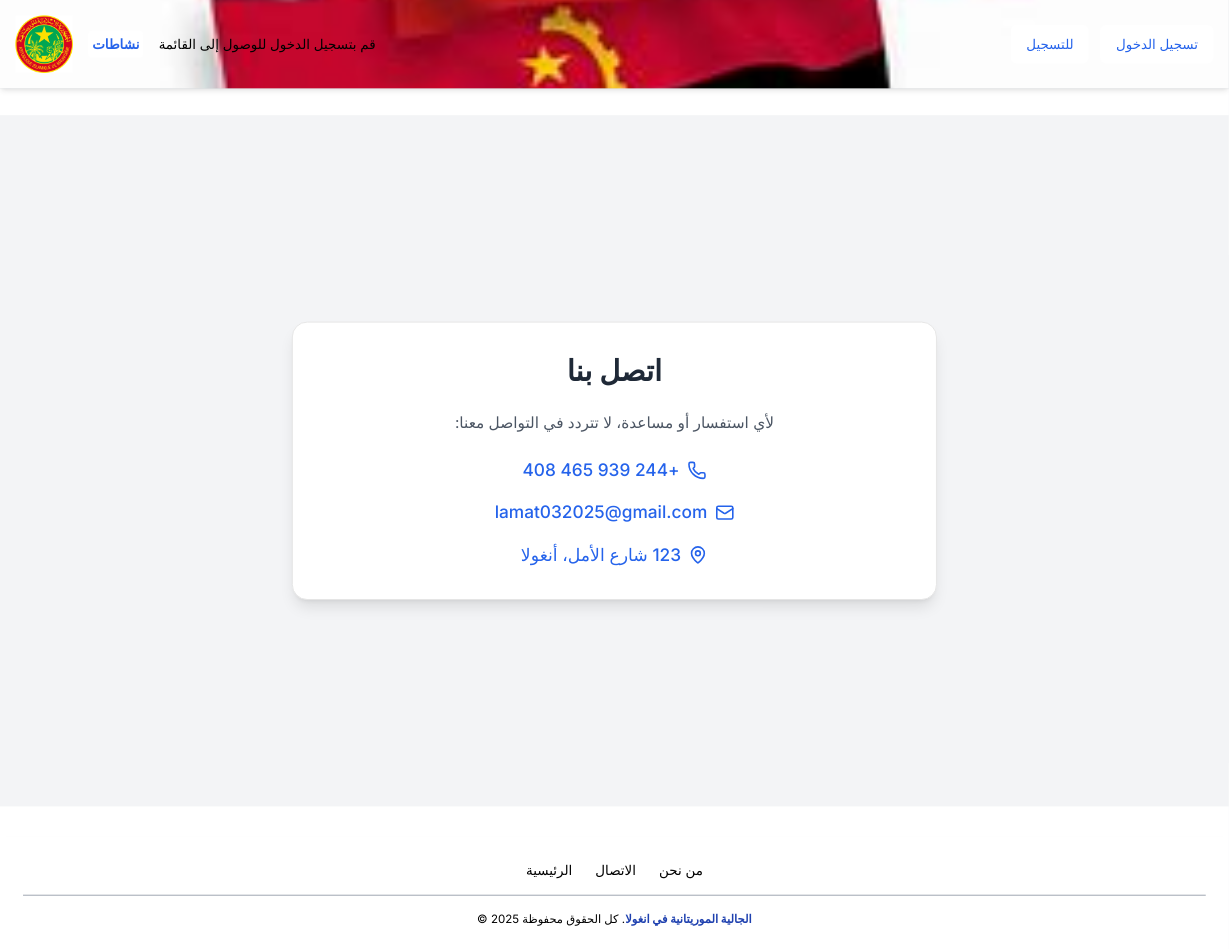
Repository: lamatmed/cmra
Page: /contact
The author's editor kept a copy of each file at every save. The page is drawn from the files as they stood at one save, then again after the next save.
The browser window is 1280 px wide. The pictures show the whole page, at 96% of full size.
The project was rebuilt for these pictures with package versions that can differ from the ones it lists, and the page was loaded fresh each time. The framework's server and built-in components were replaced by stand-ins that run in the browser. Also part of the build but not shown: next.config.js, components/ui/dropdown-menu.tsx.

Above is the page before, as saved 2025-04-13 20:36:02.

### app/layout.tsx
import "./globals.css";
import type { Metadata } from "next";
import { Inter } from "next/font/google";
import { AuthProvider } from "@/components/AuthContext";
import NavBar from "@/components/NavBar";
import { Toaster } from "@/components/ui/toaster";
import Footer from "@/components/Footer";

const inter = Inter({ subsets: ["latin"] });

export const metadata: Metadata = {
  title: "الجالية الموريتانية في انغولا",
  description: "Application",
  icons: "/logo.png",
};

export default function RootLayout({
  children,
}: {
  children: React.ReactNode;
}) {
  return (
    <html lang="fr" className={inter.className} suppressHydrationWarning>
      <body className="flex flex-col min-h-screen">
        <AuthProvider>
          <NavBar />
          <main className="flex-grow mt-7">{children}</main>
          <Footer />
        </AuthProvider>
        <Toaster /> {/* Placer Toaster en dehors d'AuthProvider pour éviter sa réinitialisation */}
      </body>
    </html>
  );
}

### app/contact/page.tsx
"use client";

import { motion } from "framer-motion";
import { Mail, MapPin, Phone } from "lucide-react";
import { Card, CardContent } from "@/components/ui/card";

const Contact = () => {
  return (
    <motion.div
      initial={{ opacity: 0, y: 20 }}
      animate={{ opacity: 1, y: 0 }}
      transition={{ duration: 0.6 }}
      className="flex justify-center items-center min-h-screen bg-gray-100 px-4"
      dir="rtl"
    >
      <Card className="w-full max-w-2xl shadow-lg rounded-2xl overflow-hidden">
        <CardContent className="p-8">
          <h1 className="text-3xl font-bold text-gray-800 mb-6 text-center">اتصل بنا</h1>
          <p className="text-gray-600 text-center mb-6">
            لأي استفسار أو مساعدة، لا تتردد في التواصل معنا:
          </p>

          <div className="space-y-4 text-center">
            <p className="flex items-center justify-center text-lg font-medium text-gray-800">
              <Phone className="w-5 h-5 text-blue-600 ml-2" />
              <span className="text-blue-600">+244 939 465 408</span>
            </p>
            <p className="flex items-center justify-center text-lg font-medium text-gray-800">
              <Mail className="w-5 h-5 text-blue-600 ml-2" />
              <span className="text-blue-600">lamat032025@gmail.com</span>
            </p>
            <p className="flex items-center justify-center text-lg font-medium text-gray-800">
              <MapPin className="w-5 h-5 text-blue-600 ml-2" />
              <span className="text-blue-600">123 شارع الأمل، أنغولا</span>
            </p>
          </div>
        </CardContent>
      </Card>
    </motion.div>
  );
};

export default Contact;

### components/AuthContext.tsx
"use client";

import { createContext, useState, useEffect, useCallback } from "react";

interface User {
  nni: string;
  id: string;
  name: string;
  role: string;
  photo: string| undefined;
  address: string| undefined;
  job:  string| undefined;
  domain : string| undefined;
  cv: string| undefined
}

interface AuthContextType {
  user: User | null;
  isAuthenticated: boolean;
  login: (token: string) => void;
  logout: () => void;
}

export const AuthContext = createContext<AuthContextType | null>(null);

export function AuthProvider({ children }: { children: React.ReactNode }) {
  const [user, setUser] = useState<User | null>(null);
  const [isAuthenticated, setIsAuthenticated] = useState(false);

  // ✅ `fetchUser` est maintenant stable grâce à `useCallback`
  const fetchUser = useCallback((token: string) => {
    console.log("🔍 Envoi du token pour récupération de l'utilisateur...");

    fetch("/api/me", {
      headers: { Authorization: `Bearer ${token}` },
    })
      .then((res) => res.json())
      .then((data) => {
        console.log("🔍 Réponse API:", data);
        if (data.user) {
          setUser(data.user);
          setIsAuthenticated(true);
        } else {
          throw new Error("Utilisateur non trouvé");
        }
      })
      .catch((error) => {
        console.log("❌ Erreur lors de la récupération de l'utilisateur:", error);
        logout(); // Un seul appel ici
      });
  }, []);


  useEffect(() => {
    const token = localStorage.getItem("token");
    if (token) {
      fetchUser(token); // ✅ Plus de warning
    }
  }, [fetchUser]); // ✅ fetchUser est maintenant stable

  function login(token: string) {
    console.log("✅ Connexion réussie, stockage du token...");
    localStorage.setItem("token", token);
    fetchUser(token);
  }

  function logout() {
    console.log("🚪 Déconnexion, suppression du token...");
    localStorage.removeItem("token");
    setUser(null);
    setIsAuthenticated(false);
  }

  return (
    <AuthContext.Provider value={{ user, isAuthenticated, login, logout }}>
      {children}
    </AuthContext.Provider>
  );
}

### components/ui/toaster.tsx
'use client';

import { useToast } from '@/hooks/use-toast';
import {
  Toast,
  ToastClose,
  ToastDescription,
  ToastProvider,
  ToastTitle,
  ToastViewport,
} from '@/components/ui/toast';

export function Toaster() {
  const { toasts } = useToast();

  return (
    <ToastProvider>
      {toasts.map(function ({ id, title, description, action, ...props }) {
        return (
          <Toast key={id} {...props}>
            <div className="grid gap-1">
              {title && <ToastTitle>{title}</ToastTitle>}
              {description && (
                <ToastDescription>{description}</ToastDescription>
              )}
            </div>
            {action}
            <ToastClose />
          </Toast>
        );
      })}
      <ToastViewport />
    </ToastProvider>
  );
}

### components/Footer.tsx
"use client";

import Link from "next/link";
import { motion } from "framer-motion";

const Footer = () => {
  return (
    <motion.footer
      initial={{ opacity: 0, y: 20 }}
      animate={{ opacity: 1, y: 0 }}
      transition={{ duration: 0.6 }}
      className="w-full py-6 bg-gradient-to-r from-gray-900 to-gray-700 text-white shadow-md mt-8"
      style={{
        backgroundImage: "url('/')", // Remplace par ton image
        backgroundSize: "cover",
        backgroundPosition: "center",
      }}
    >
      <div className="container mx-auto px-6 max-w-7xl text-center">
        {/* Liens rapides */}
        <nav className="mb-4 flex justify-center space-x-6 bg-white text-black">
          <Link href="/" className="text-sm hover:bg-blue-400 transition ">
            الرئيسية
          </Link>
          <Link
            href="/contact"
            className="text-sm hover:text-blue-900transition hover:bg-blue-400 "
          >
            الاتصال
          </Link>
          <Link
            href="/about"
            className="text-sm hover:bg-blue-400 transition"
          >
            من نحن
          </Link>
        </nav>

        {/* Copyright */}
        <div className="border-t border-gray-400 pt-4 text-center px-2 sm:px-4">
          <p className="text-[10px] sm:text-xs text-black whitespace-nowrap bg-white">
            © {new Date().getFullYear()}{" "}
            <span className="font-bold text-blue-800">الجالية الموريتانية في انغولا</span>
            . كل الحقوق محفوظة
          </p>
        </div>
      </div>
    </motion.footer>
  );
};

export default Footer;

### components/ui/card.tsx
import * as React from 'react';

import { cn } from '@/lib/utils';

const Card = React.forwardRef<
  HTMLDivElement,
  React.HTMLAttributes<HTMLDivElement>
>(({ className, ...props }, ref) => (
  <div
    ref={ref}
    className={cn(
      'rounded-lg border bg-card text-card-foreground shadow-sm',
      className
    )}
    {...props}
  />
));
Card.displayName = 'Card';

const CardHeader = React.forwardRef<
  HTMLDivElement,
  React.HTMLAttributes<HTMLDivElement>
>(({ className, ...props }, ref) => (
  <div
    ref={ref}
    className={cn('flex flex-col space-y-1.5 p-6', className)}
    {...props}
  />
));
CardHeader.displayName = 'CardHeader';

const CardTitle = React.forwardRef<
  HTMLParagraphElement,
  React.HTMLAttributes<HTMLHeadingElement>
>(({ className, ...props }, ref) => (
  <h3
    ref={ref}
    className={cn(
      'text-2xl font-semibold leading-none tracking-tight',
      className
    )}
    {...props}
  />
));
CardTitle.displayName = 'CardTitle';

const CardDescription = React.forwardRef<
  HTMLParagraphElement,
  React.HTMLAttributes<HTMLParagraphElement>
>(({ className, ...props }, ref) => (
  <p
    ref={ref}
    className={cn('text-sm text-muted-foreground', className)}
    {...props}
  />
));
CardDescription.displayName = 'CardDescription';

const CardContent = React.forwardRef<
  HTMLDivElement,
  React.HTMLAttributes<HTMLDivElement>
>(({ className, ...props }, ref) => (
  <div ref={ref} className={cn('p-6 pt-0', className)} {...props} />
));
CardContent.displayName = 'CardContent';

const CardFooter = React.forwardRef<
  HTMLDivElement,
  React.HTMLAttributes<HTMLDivElement>
>(({ className, ...props }, ref) => (
  <div
    ref={ref}
    className={cn('flex items-center p-6 pt-0', className)}
    {...props}
  />
));
CardFooter.displayName = 'CardFooter';

export {
  Card,
  CardHeader,
  CardFooter,
  CardTitle,
  CardDescription,
  CardContent,
};

### components/ui/button.tsx
import * as React from 'react';
import { Slot } from '@radix-ui/react-slot';
import { cva, type VariantProps } from 'class-variance-authority';

import { cn } from '@/lib/utils';

const buttonVariants = cva(
  'inline-flex items-center justify-center whitespace-nowrap rounded-md text-sm font-medium ring-offset-background transition-colors focus-visible:outline-none focus-visible:ring-2 focus-visible:ring-ring focus-visible:ring-offset-2 disabled:pointer-events-none disabled:opacity-50',
  {
    variants: {
      variant: {
        default: 'bg-primary text-primary-foreground hover:bg-primary/90',
        destructive:
          'bg-destructive text-destructive-foreground hover:bg-destructive/90',
        outline:
          'border border-input bg-background hover:bg-accent hover:text-accent-foreground',
        secondary:
          'bg-secondary text-secondary-foreground hover:bg-secondary/80',
        ghost: 'hover:bg-accent hover:text-accent-foreground',
        link: 'text-primary underline-offset-4 hover:underline',
      },
      size: {
        default: 'h-10 px-4 py-2',
        sm: 'h-9 rounded-md px-3',
        lg: 'h-11 rounded-md px-8',
        icon: 'h-10 w-10',
      },
    },
    defaultVariants: {
      variant: 'default',
      size: 'default',
    },
  }
);

export interface ButtonProps
  extends React.ButtonHTMLAttributes<HTMLButtonElement>,
    VariantProps<typeof buttonVariants> {
  asChild?: boolean;
}

const Button = React.forwardRef<HTMLButtonElement, ButtonProps>(
  ({ className, variant, size, asChild = false, ...props }, ref) => {
    const Comp = asChild ? Slot : 'button';
    return (
      <Comp
        className={cn(buttonVariants({ variant, size, className }))}
        ref={ref}
        {...props}
      />
    );
  }
);
Button.displayName = 'Button';

export { Button, buttonVariants };

### components/main-nav.tsx
"use client"

import Link from "next/link"
import { usePathname } from "next/navigation"
import { useContext } from "react"
import { AuthContext } from "@/components/AuthContext"
import { cn } from "@/lib/utils"
import {
  Users,
  Clipboard,
  ComputerIcon ,
  LayoutDashboard,
  NotebookPen
} from "lucide-react"

type NavigationItem = {
  name: string;
  href: string;
  icon: React.ComponentType<any>;
}

type Navigation = {
  ADMIN: NavigationItem[];
  USER: NavigationItem[];

}

const navigation: Navigation = {
  ADMIN: [
    { name: "لوحه القياده", href: "/dashboard", icon: LayoutDashboard },

    { name: "مساحتي", href: "/dashboard/espace-user", icon: ComputerIcon},
    { name: "اعضاء", href: "/dashboard/users", icon: Users },
    { name: "انتخاب", href: "/dashboard/config-vote", icon: Clipboard },
    { name: "الأنشطة", href: "/activites/config", icon: NotebookPen },
  ],
  USER: [
    { name: "لوحه القياده", href: "/dashboard", icon: LayoutDashboard },
    { name: "مساحتي", href: "/dashboard/espace-user", icon: Users },

  ],

}

export function MainNav() {
  const pathname = usePathname()
  const { user, isAuthenticated } = useContext(AuthContext)!;

  // Vérifier le rôle de l'utilisateur
  const userRole = user?.role || "USER";
  const allowedNavigation = navigation[userRole as keyof Navigation] || navigation.USER;

  return (
    <nav className="flex flex-col md:flex-row items-center md:space-x-6 space-y-2 md:space-y-0">
      {isAuthenticated && user ? (
        allowedNavigation.map((item) => {
          const Icon = item.icon
          const isActive = pathname === item.href

          return (
            <Link
              key={item.href}
              href={item.href}
              className={cn(
                "flex items-center text-sm font-medium transition-colors duration-200 px-4 py-2 rounded-lg w-full md:w-auto",
                isActive
                  ? "text-blue-600 bg-gray-100 md:border-b-2 border-blue-600"
                  : "text-gray-700 bg-white hover:text-blue-500 hover:bg-gray-100"
              )}
            >
              <Icon className="mr-2 h-5 w-5 text-orange-500" />
              {item.name}
            </Link>
          )
        })
      ) : (
          <span className="text-black text-sm">قم بتسجيل الدخول للوصول إلى القائمة</span>
      )}
    </nav>
  )
}

### hooks/use-toast.ts
'use client';

import { ToastActionElement, ToastProps } from '@/components/ui/toast';
// Inspired by react-hot-toast library
import * as React from 'react';



const TOAST_LIMIT = 1;
const TOAST_REMOVE_DELAY = 1000000;

type ToasterToast = ToastProps& {
  id: string;
  title?: React.ReactNode;
  description?: React.ReactNode;
  action?: ToastActionElement;
};

const actionTypes = {
  ADD_TOAST: 'ADD_TOAST',
  UPDATE_TOAST: 'UPDATE_TOAST',
  DISMISS_TOAST: 'DISMISS_TOAST',
  REMOVE_TOAST: 'REMOVE_TOAST',
} as const;

let count = 0;

function genId() {
  count = (count + 1) % Number.MAX_SAFE_INTEGER;
  return count.toString();
}

type ActionType = typeof actionTypes;

type Action =
  | {
      type: ActionType['ADD_TOAST'];
      toast: ToasterToast;
    }
  | {
      type: ActionType['UPDATE_TOAST'];
      toast: Partial<ToasterToast>;
    }
  | {
      type: ActionType['DISMISS_TOAST'];
      toastId?: ToasterToast['id'];
    }
  | {
      type: ActionType['REMOVE_TOAST'];
      toastId?: ToasterToast['id'];
    };

interface State {
  toasts: ToasterToast[];
}

const toastTimeouts = new Map<string, ReturnType<typeof setTimeout>>();

const addToRemoveQueue = (toastId: string) => {
  if (toastTimeouts.has(toastId)) {
    return;
  }

  const timeout = setTimeout(() => {
    toastTimeouts.delete(toastId);
    dispatch({
      type: 'REMOVE_TOAST',
      toastId: toastId,
    });
  }, TOAST_REMOVE_DELAY);

  toastTimeouts.set(toastId, timeout);
};

export const reducer = (state: State, action: Action): State => {
  switch (action.type) {
    case 'ADD_TOAST':
      return {
        ...state,
        toasts: [action.toast, ...state.toasts].slice(0, TOAST_LIMIT),
      };

    case 'UPDATE_TOAST':
      return {
        ...state,
        toasts: state.toasts.map((t) =>
          t.id === action.toast.id ? { ...t, ...action.toast } : t
        ),
      };

    case 'DISMISS_TOAST': {
      const { toastId } = action;

      // ! Side effects ! - This could be extracted into a dismissToast() action,
      // but I'll keep it here for simplicity
      if (toastId) {
        addToRemoveQueue(toastId);
      } else {
        state.toasts.forEach((toast) => {
          addToRemoveQueue(toast.id);
        });
      }

      return {
        ...state,
        toasts: state.toasts.map((t) =>
          t.id === toastId || toastId === undefined
            ? {
                ...t,
                open: false,
              }
            : t
        ),
      };
    }
    case 'REMOVE_TOAST':
      if (action.toastId === undefined) {
        return {
          ...state,
          toasts: [],
        };
      }
      return {
        ...state,
        toasts: state.toasts.filter((t) => t.id !== action.toastId),
      };
  }
};

const listeners: Array<(state: State) => void> = [];

let memoryState: State = { toasts: [] };

function dispatch(action: Action) {
  memoryState = reducer(memoryState, action);
  listeners.forEach((listener) => {
    listener(memoryState);
  });
}

type Toast = Omit<ToasterToast, 'id'>;

function toast({ ...props }: Toast) {
  const id = genId();

  const update = (props: ToasterToast) =>
    dispatch({
      type: 'UPDATE_TOAST',
      toast: { ...props, id },
    });
  const dismiss = () => dispatch({ type: 'DISMISS_TOAST', toastId: id });

  dispatch({
    type: 'ADD_TOAST',
    toast: {
      ...props,
      id,
      open: true,
      onOpenChange: (open) => {
        if (!open) dismiss();
      },
    },
  });

  return {
    id: id,
    dismiss,
    update,
  };
}

function useToast() {
  const [state, setState] = React.useState<State>(memoryState);

  React.useEffect(() => {
    listeners.push(setState);
    return () => {
      const index = listeners.indexOf(setState);
      if (index > -1) {
        listeners.splice(index, 1);
      }
    };
  }, [state]);

  return {
    ...state,
    toast,
    dismiss: (toastId?: string) => dispatch({ type: 'DISMISS_TOAST', toastId }),
  };
}

export { useToast, toast };

### components/Loader.tsx

import React from 'react';
import styled from 'styled-components';

const Loader = () => {
  return (
    <StyledWrapper>
      <div className="loader" />
    </StyledWrapper>
  );
}

const StyledWrapper = styled.div`
  .loader {
   position: relative;
   width: 2.5em;
   height: 2.5em;
   transform: rotate(165deg);
  }

  .loader:before, .loader:after {
   content: "";
   position: absolute;
   top: 50%;
   left: 50%;
   display: block;
   width: 0.5em;
   height: 0.5em;
   border-radius: 0.25em;
   transform: translate(-50%, -50%);
  }

  .loader:before {
   animation: before8 2s infinite;
  }

  .loader:after {
   animation: after6 2s infinite;
  }

  @keyframes before8 {
   0% {
    width: 0.5em;
    box-shadow: 1em -0.5em rgba(225, 20, 98, 0.75), -1em 0.5em rgba(111, 202, 220, 0.75);
   }

   35% {
    width: 2.5em;
    box-shadow: 0 -0.5em rgba(225, 20, 98, 0.75), 0 0.5em rgba(111, 202, 220, 0.75);
   }

   70% {
    width: 0.5em;
    box-shadow: -1em -0.5em rgba(225, 20, 98, 0.75), 1em 0.5em rgba(111, 202, 220, 0.75);
   }

   100% {
    box-shadow: 1em -0.5em rgba(225, 20, 98, 0.75), -1em 0.5em rgba(111, 202, 220, 0.75);
   }
  }

  @keyframes after6 {
   0% {
    height: 0.5em;
    box-shadow: 0.5em 1em rgba(61, 184, 143, 0.75), -0.5em -1em rgba(233, 169, 32, 0.75);
   }

   35% {
    height: 2.5em;
    box-shadow: 0.5em 0 rgba(61, 184, 143, 0.75), -0.5em 0 rgba(233, 169, 32, 0.75);
   }

   70% {
    height: 0.5em;
    box-shadow: 0.5em -1em rgba(61, 184, 143, 0.75), -0.5em 1em rgba(233, 169, 32, 0.75);
   }

   100% {
    box-shadow: 0.5em 1em rgba(61, 184, 143, 0.75), -0.5em -1em rgba(233, 169, 32, 0.75);
   }
  }

  .loader {
   position: absolute;
   top: calc(50% - 1.25em);
   left: calc(50% - 1.25em);
  }`;

export default Loader;

Loaded but not shown: app/globals.css (common file); lib/utils.ts (common file); tailwind.config.ts (common file); components/NavBar.tsx (166 lines, source omitted); components/ui/toast.tsx (129 lines, source omitted)

After the next save:
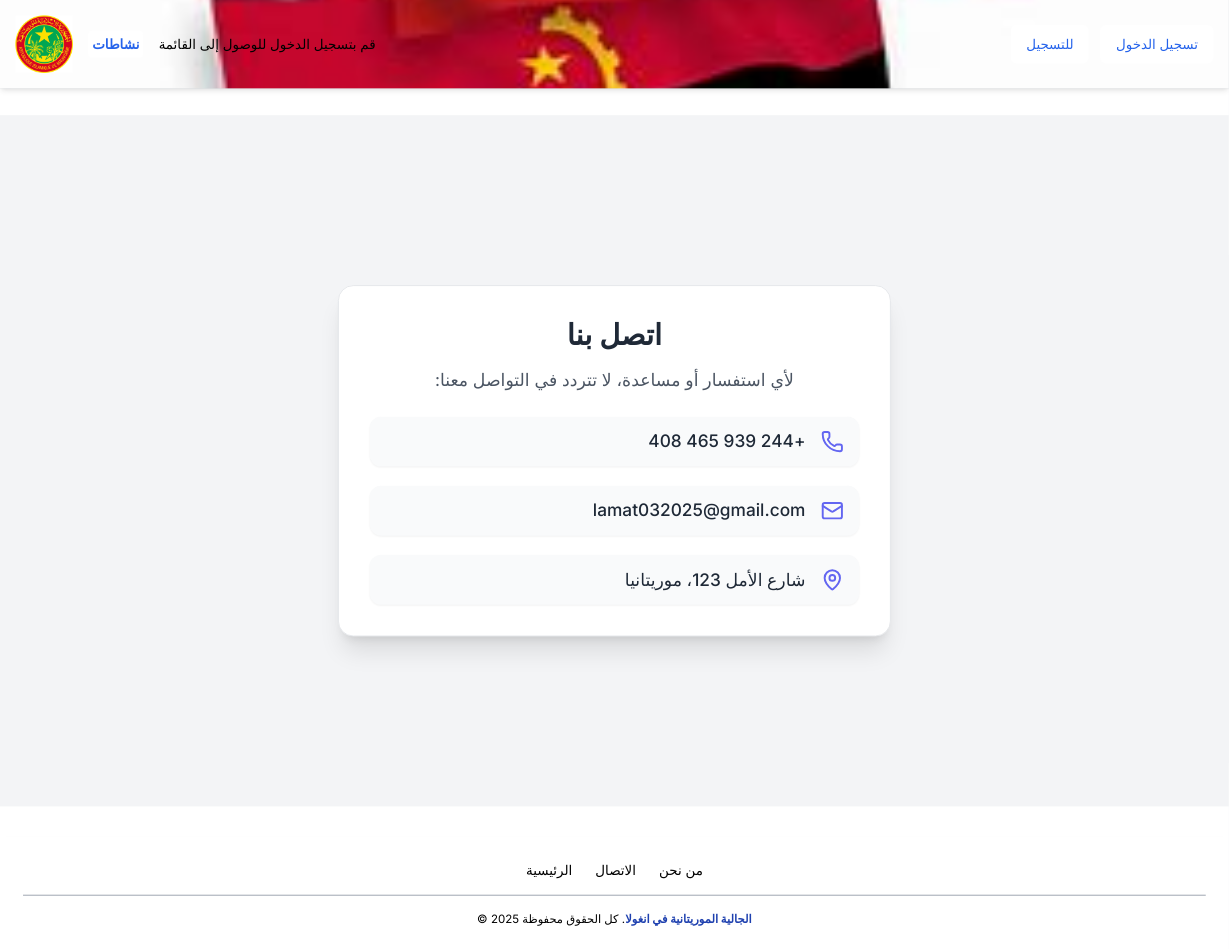
Saved 112 s later.
--- a/app/contact/page.tsx
+++ b/app/contact/page.tsx
@@ -3,36 +3,65 @@
 import { motion } from "framer-motion";
 import { Mail, MapPin, Phone } from "lucide-react";
 import { Card, CardContent } from "@/components/ui/card";
+import { useEffect, useState } from "react";
+import Loader from "@/components/Loader";
 
 const Contact = () => {
+  const [loading, setLoading] = useState(true);
+
+  useEffect(() => {
+    const timeout = setTimeout(() => {
+      setLoading(false);
+    }, 1500);
+
+    return () => clearTimeout(timeout);
+  }, []);
+
+  if (loading) {
+    return <Loader />;
+  }
+
   return (
     <motion.div
       initial={{ opacity: 0, y: 20 }}
       animate={{ opacity: 1, y: 0 }}
       transition={{ duration: 0.6 }}
-      className="flex justify-center items-center min-h-screen bg-gray-100 px-4"
+      className="flex justify-center items-center min-h-screen bg-gray-100 px-4 py-8"
       dir="rtl"
     >
-      <Card className="w-full max-w-2xl shadow-lg rounded-2xl overflow-hidden">
-        <CardContent className="p-8">
-          <h1 className="text-3xl font-bold text-gray-800 mb-6 text-center">اتصل بنا</h1>
-          <p className="text-gray-600 text-center mb-6">
+      <Card className="w-full max-w-xl bg-white shadow-xl rounded-2xl border border-gray-200">
+        <CardContent className="p-6 sm:p-8">
+          <h1 className="text-3xl font-bold text-gray-800 mb-4 text-center">
+            اتصل بنا
+          </h1>
+          <p className="text-gray-600 text-center mb-6 text-base sm:text-lg">
             لأي استفسار أو مساعدة، لا تتردد في التواصل معنا:
           </p>
 
-          <div className="space-y-4 text-center">
-            <p className="flex items-center justify-center text-lg font-medium text-gray-800">
-              <Phone className="w-5 h-5 text-blue-600 ml-2" />
-              <span className="text-blue-600">+244 939 465 408</span>
-            </p>
-            <p className="flex items-center justify-center text-lg font-medium text-gray-800">
-              <Mail className="w-5 h-5 text-blue-600 ml-2" />
-              <span className="text-blue-600">lamat032025@gmail.com</span>
-            </p>
-            <p className="flex items-center justify-center text-lg font-medium text-gray-800">
-              <MapPin className="w-5 h-5 text-blue-600 ml-2" />
-              <span className="text-blue-600">123 شارع الأمل، أنغولا</span>
-            </p>
+          <div className="space-y-5">
+            {/* Contact Item */}
+            <div className="flex items-center gap-4 bg-gray-50 px-4 py-3 rounded-xl shadow-sm">
+              <Phone className="w-6 h-6 text-indigo-500" />
+              <span className="text-gray-800 text-base sm:text-lg font-medium">
+                +244 939 465 408
+              </span>
+            </div>
+
+            {/* Contact Item */}
+            <div className="flex items-center gap-4 bg-gray-50 px-4 py-3 rounded-xl shadow-sm">
+              <Mail className="w-6 h-6 text-indigo-500" />
+              <span className="text-gray-800 text-base sm:text-lg font-medium">
+                lamat032025@gmail.com
+              </span>
+            </div>
+
+            {/* Contact Item */}
+            <div className="flex items-center gap-4 bg-gray-50 px-4 py-3 rounded-xl shadow-sm">
+              <MapPin className="w-6 h-6 text-indigo-500" />
+              <span className="text-gray-800 text-base sm:text-lg font-medium">
+                شارع الأمل 123، موريتانيا
+              </span>
+            </div>
           </div>
         </CardContent>
       </Card>
